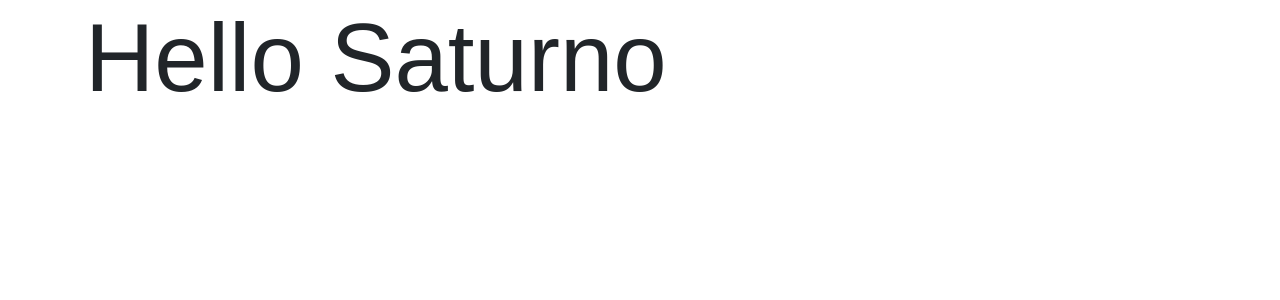
Repository: resttechsolutions/onlineStore
Page: home.html
The author's editor kept a copy of each file at every save. The page is drawn from the files as they stood at one save, then again after the next save.
The browser window is 1280 px wide. The pictures show the whole page.

Above is the page before, as saved 2020-09-05 18:11:16.

After the next save:
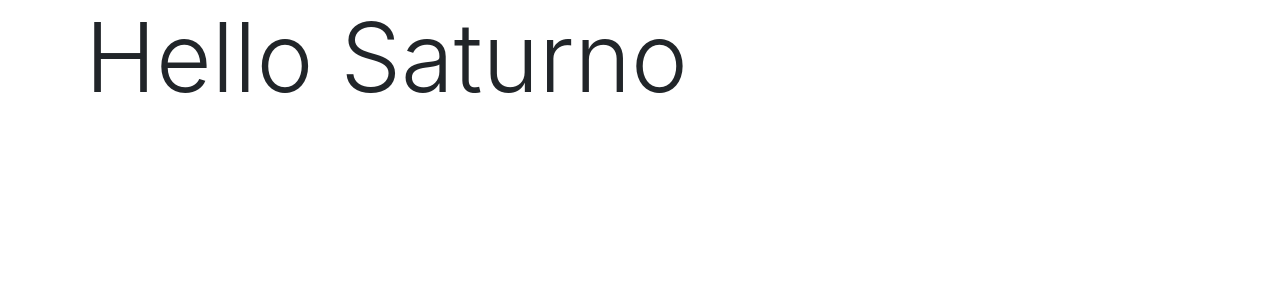
Saved 13 s later.
--- a/home.html
+++ b/home.html
@@ -7,7 +7,7 @@
         <title>Pagina de Login</title>
         <link rel="stylesheet"
             href="Assets/Lib/Bootstrap/css/bootstrap.css">
-        <link rel="stylesheet" href="Assets/Css/login.css">
+        <link rel="stylesheet" href="Assets/Css/home.css">
     </head>
 
     <body>
